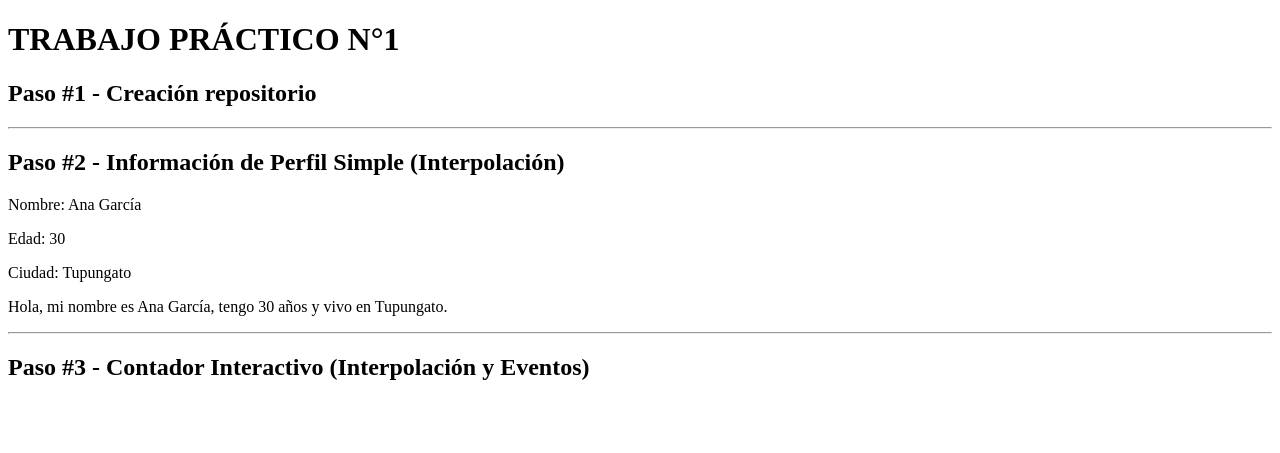
Repository: SofiaSferco/PWA
Page: practico01/index.html
The author's editor kept a copy of each file at every save. The page is drawn from the files as they stood at one save, then again after a run of saves.
The browser window is 1280 px wide. The pictures show the whole page.

Above is the page before, as saved 2025-10-02 22:17:13.

After the next 2 saves:
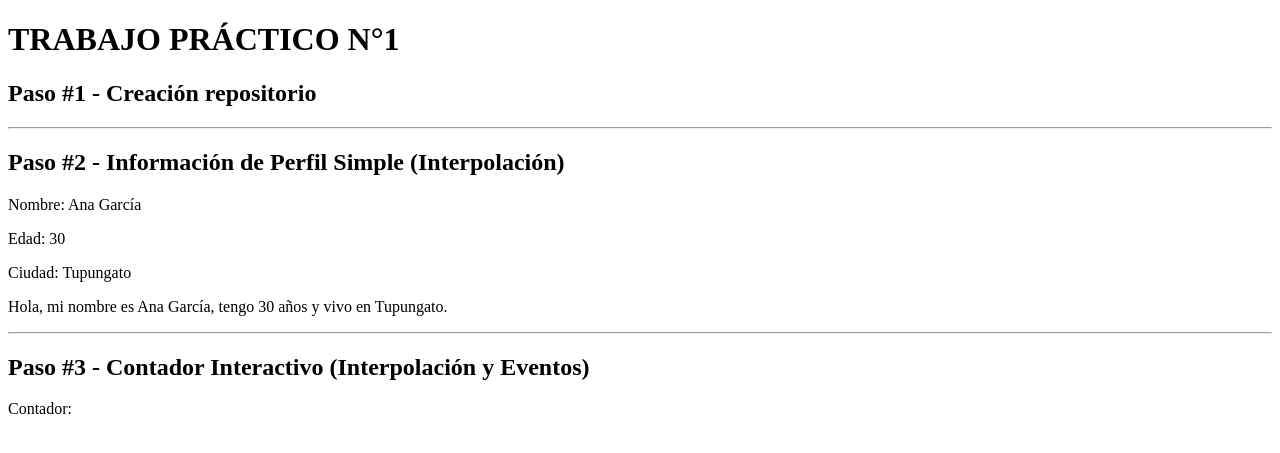
The 2 saves are shown as one change because they came seconds apart.
The last was saved 7 s later.
--- a/practico01/index.html
+++ b/practico01/index.html
@@ -17,7 +17,7 @@
             <p>Hola, mi nombre es {{ nombre }}, tengo {{ edad }} años y vivo en {{ ciudad }}.</p>
         <hr>
         <h2>{{ tercerpaso }}</h2>
-            <p></p>
+            <p>Contador: </p>
 
     </div>
     <script>
